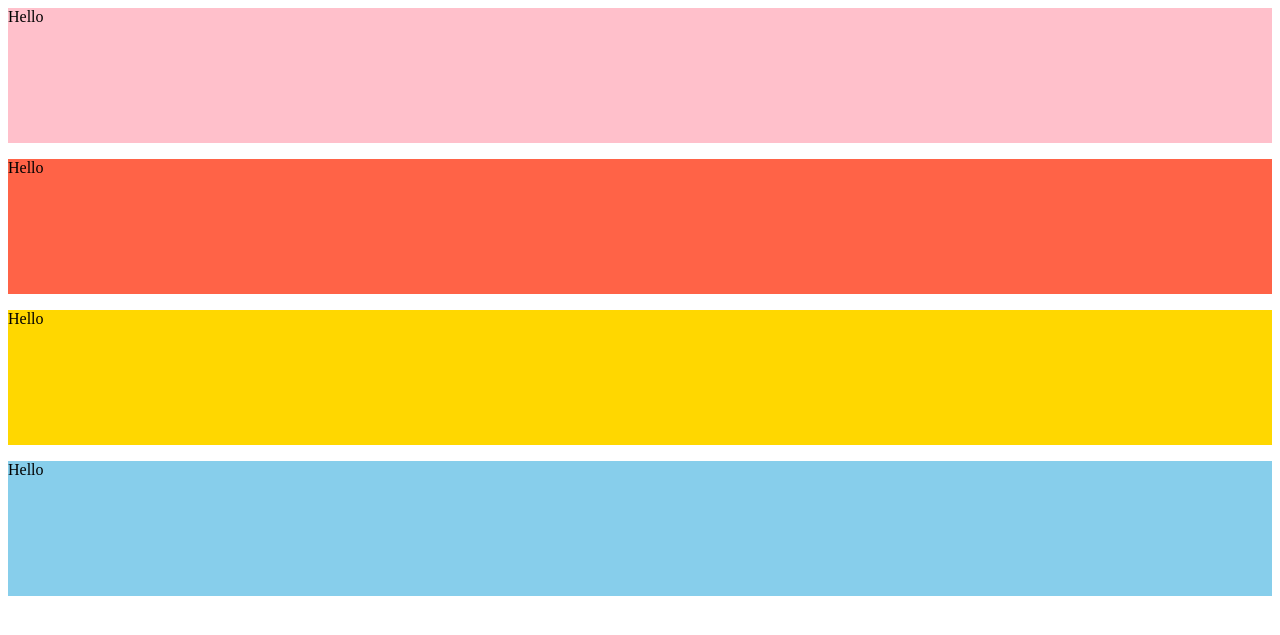
Repository: minoto9/vue_tutorial
Page: 1.html
The author's editor kept a copy of each file at every save. The page is drawn from the files as they stood at one save, then again after the next save.
The browser window is 1280 px wide. The pictures show the whole page.

Above is the page before, as saved 2019-07-10 17:44:49.

After the next save:
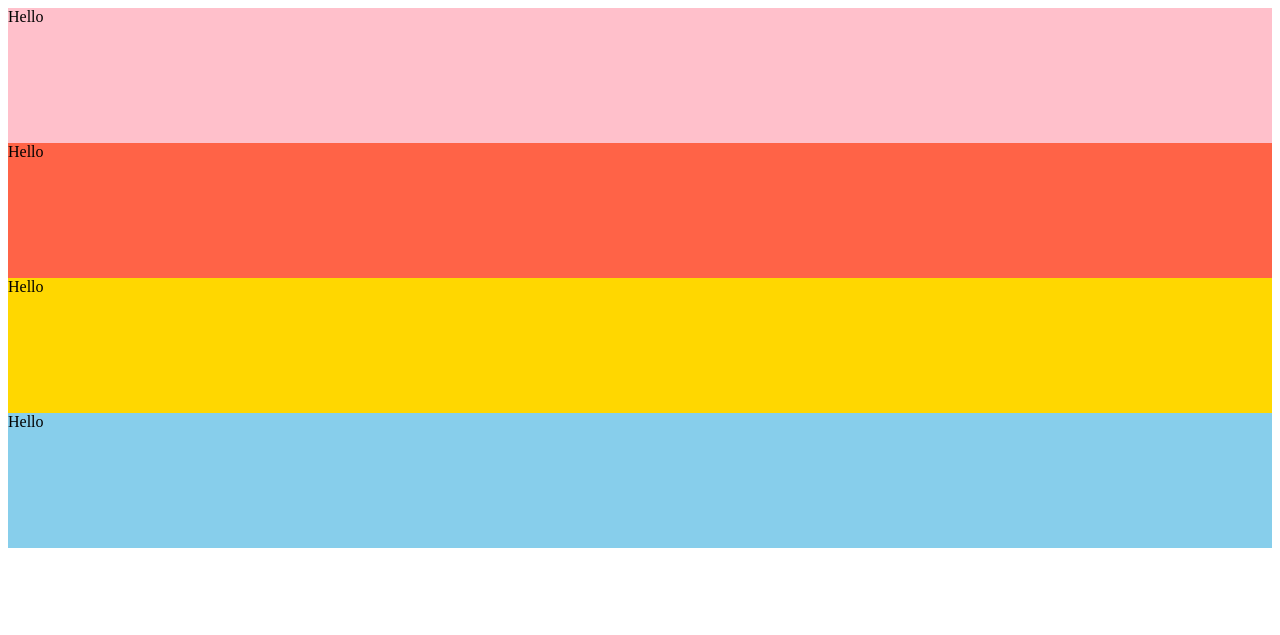
Saved 33 s later.
--- a/1.css
+++ b/1.css
@@ -1,6 +1,10 @@
 div {
     height: 120px;
     padding-bottom: 15px;
+}
+
+p {
+    margin: auto;
 }
 
 .pink {
